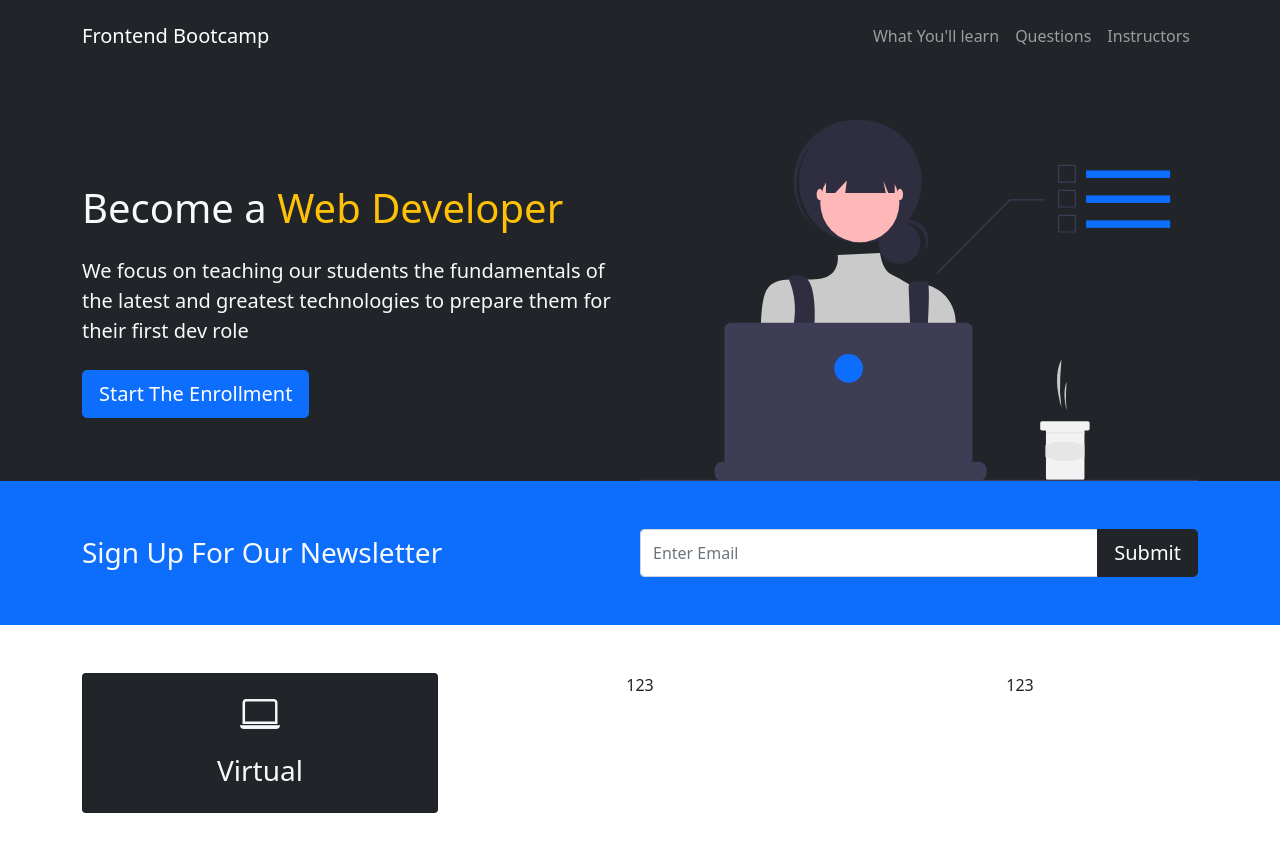
Repository: Marhamat92/Bootstrap5-Responsive-Website-
Page: index.html
The author's editor kept a copy of each file at every save. The page is drawn from the files as they stood at one save, then again after the next save.
The browser window is 1280 px wide. The pictures show the whole page.
Some web libraries are served in a nearby version.

Above is the page before, as saved 2021-09-18 17:15:31.

After the next save:
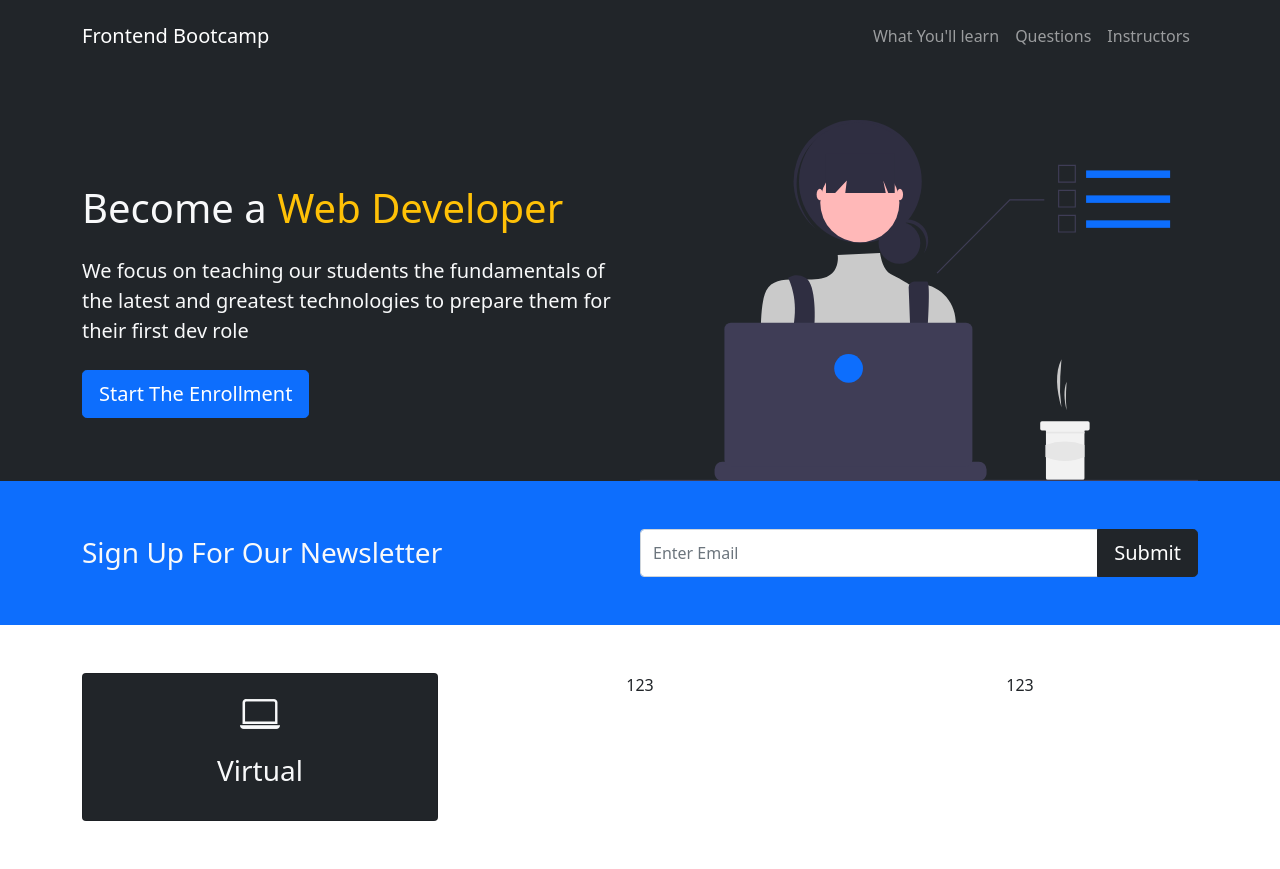
Saved 15 s later.
--- a/index.html
+++ b/index.html
@@ -78,7 +78,7 @@
                         <div class="card-body text-center">
                             <div class="h1 mb-3"><i class="bi bi-laptop"></i>
                             </div>
-                            <h3 class="title">Virtual</h3>
+                            <h3 class="title mb-3">Virtual</h3>
                         </div>
                     </div>
                 </div>
